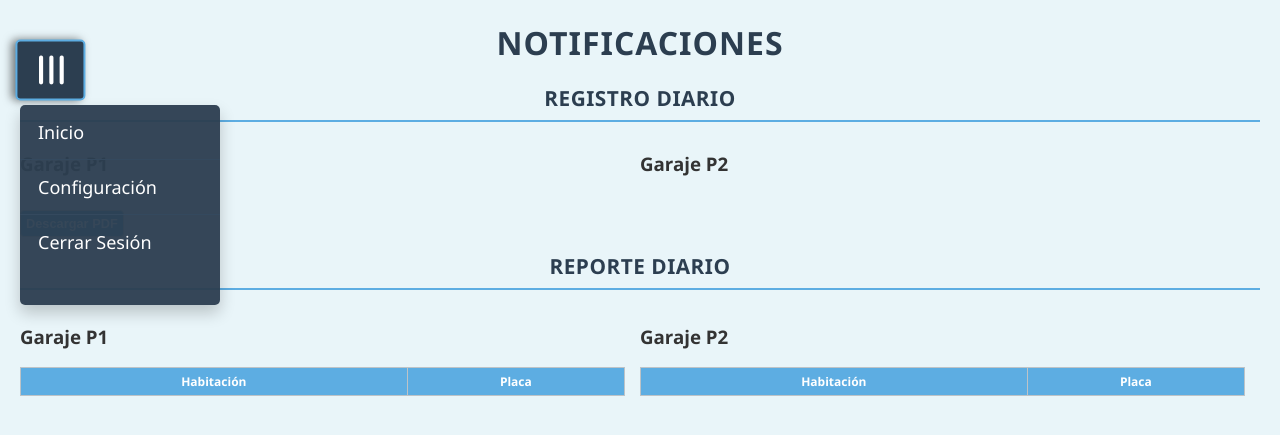
Repository: EddyWebz/base-datos
Page: privado/report.html
An editor plug-in stored every save of this project. The page is shown before and after the next save, followed by the edit.
The browser window is 1280 px wide. The pictures show the whole page.
After loading, the first visible `button.menu-icon` was clicked once.
The page's requests for data from a server got no answer.

Above is the page before, as saved 2024-08-29 17:21:51.

After the next save:
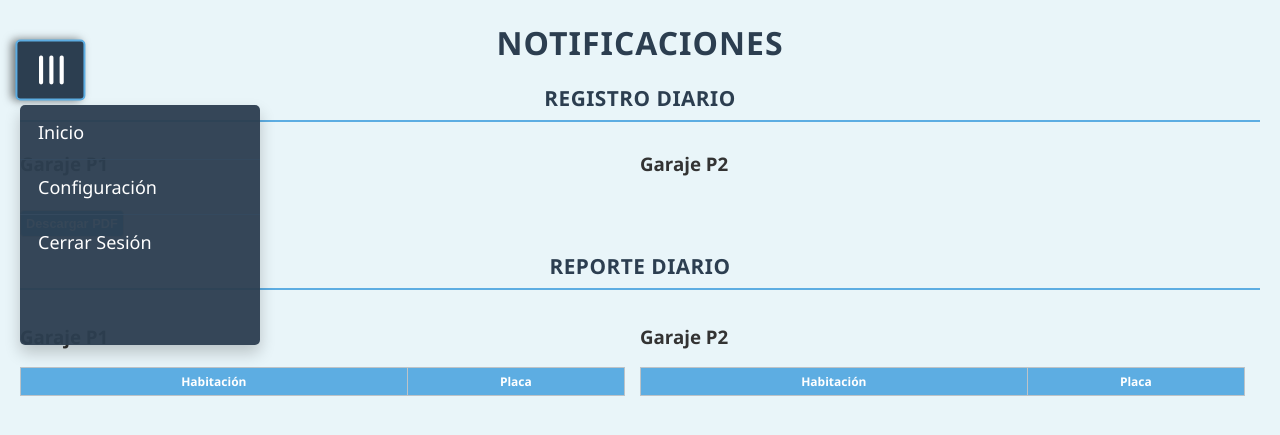
Saved 25 s later.
--- a/BASE-2/notif.css
+++ b/BASE-2/notif.css
@@ -198,11 +198,9 @@
         font-size: 18px; /* Aumentar tamaño de la fuente */
     }
     .dropdown-content.show {
-        opacity: 1;
-        visibility: visible;
-        transform: translateY(0);
-        min-width: 200px; /* Aumentar el ancho del menú */
-        min-height: 200px;
+        transform: translateY(0); /* Animación de entrada */
+        min-width: 240px; /* Asegura el tamaño correcto */
+        min-height: 240px;
     }
     /* Añadir clase para la animación de salida */
     .dropdown-content.hide {

After the save that followed:
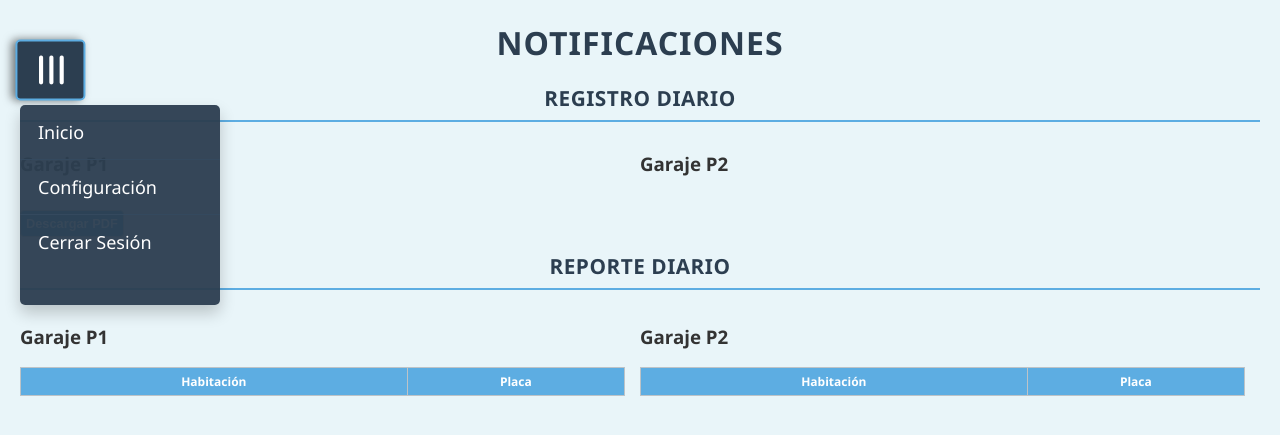
Saved 108 s later.
--- a/BASE-2/notif.css
+++ b/BASE-2/notif.css
@@ -190,7 +190,7 @@
     }
     .dropdown-content {
         min-width: 240px; /* Aumentar el ancho del menú */
-        transform: translateY(-20px); /* Mantener la transformación correcta en estado inicial */
+
     }
 
     .dropdown-content.show a {
@@ -198,15 +198,17 @@
         font-size: 18px; /* Aumentar tamaño de la fuente */
     }
     .dropdown-content.show {
-        transform: translateY(0); /* Animación de entrada */
-        min-width: 240px; /* Asegura el tamaño correcto */
-        min-height: 240px;
+        opacity: 1;
+        visibility: visible;
+        transform: translateY(0);
+        min-width: 200px; /* Aumentar el ancho del menú */
+        min-height: 200px;
     }
     /* Añadir clase para la animación de salida */
     .dropdown-content.hide {
-        transform: translateY(-20px); /* Animación de salida */
-        min-width: 240px; /* Asegura el tamaño correcto durante la salida */
-        min-height: 240px;
+        opacity: 0;
+        visibility: hidden;
+        transform: translateY(-20px);
     }
 }
 
